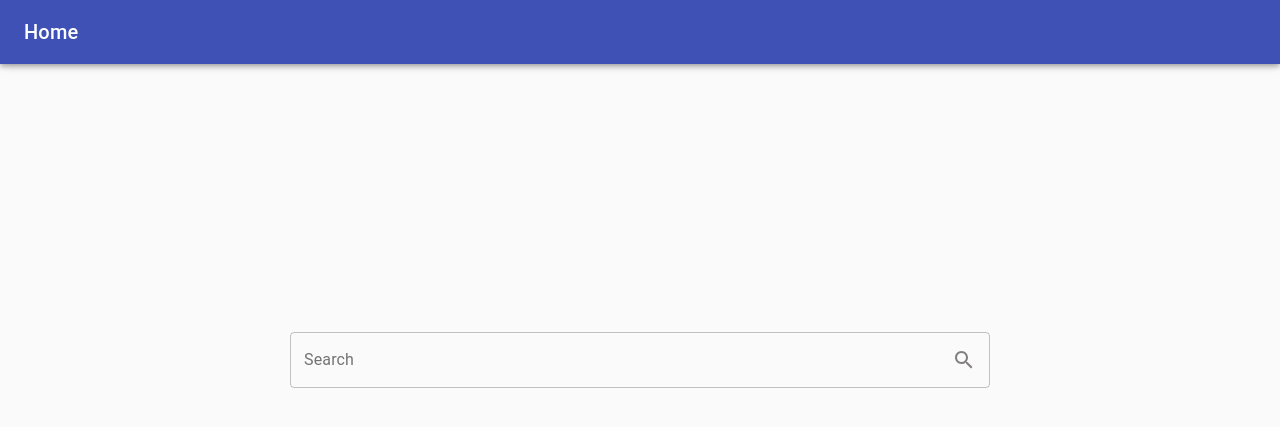
Repository: GabrielBrandaoProjetos/patient-manager
Page: /
An editor plug-in stored every save of this project. The page is shown before and after the next save, followed by the edit.
The browser window is 1280 px wide. The pictures show the whole page.
The project was rebuilt for these pictures with package versions that can differ from the ones it lists, and the page was loaded fresh each time.

Above is the page before, as saved 2021-09-14 02:25:48.

After the next save:
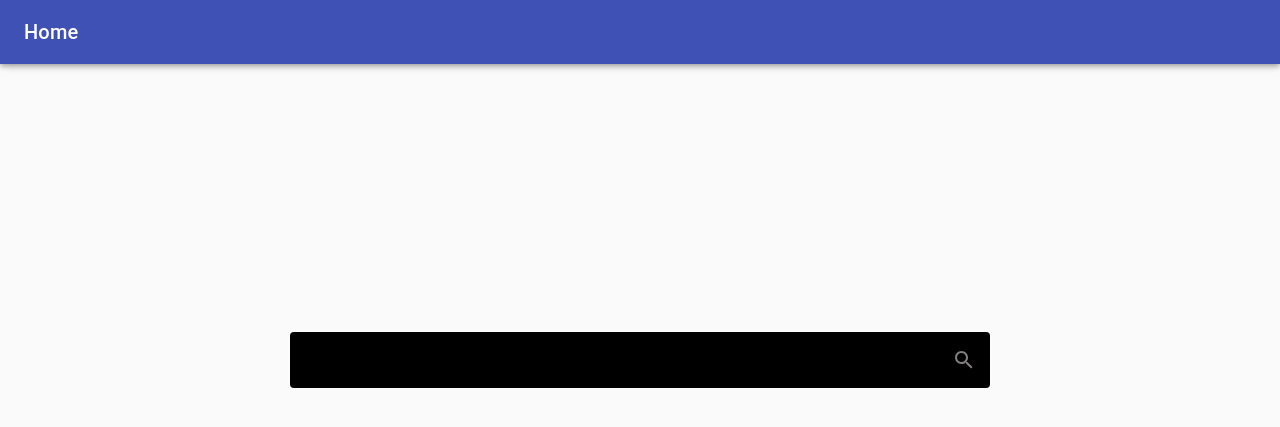
Saved 32 s later.
--- a/src/pages/Home/Home.tsx
+++ b/src/pages/Home/Home.tsx
@@ -21,7 +21,7 @@
       width: "100%",
     },
     outlinedInput: {
-      outlineColor: "#000"
+      background: "#000"
     },
     search: {
       color: "#847f7f",

After the save that followed:
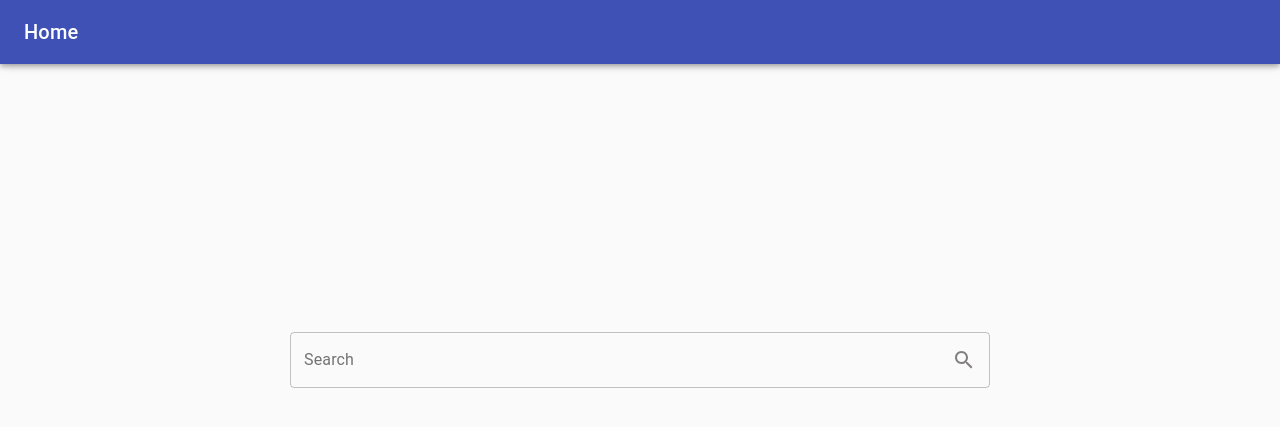
Saved 2 min 27 s later.
--- a/src/pages/Home/Home.tsx
+++ b/src/pages/Home/Home.tsx
@@ -19,9 +19,10 @@
     form: {
       maxWidth: 700,
       width: "100%",
+      borderColor: "#000000"
     },
     outlinedInput: {
-      background: "#000"
+
     },
     search: {
       color: "#847f7f",
